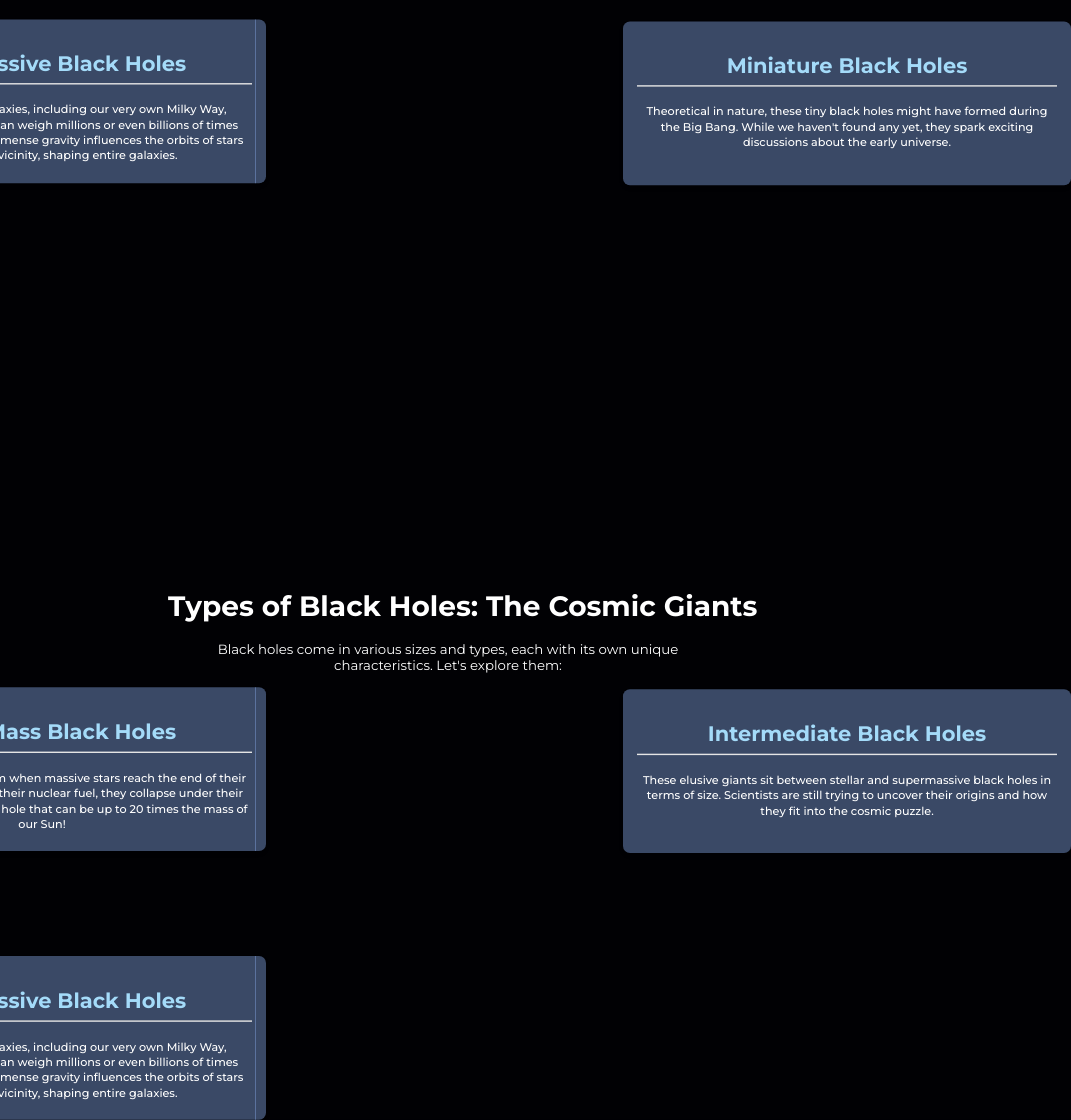
Repository: english-only/Space-Website
Page: black_hole.html
The author's editor kept a copy of each file at every save. The page is drawn from the files as they stood at one save, then again after the next save.
The browser window is 1280 px wide. The page is 1530 px wide, so the pictures cover 1530 px, including what lies to the right of the window. The pictures show the part of the page from y = 1524 to 3124 px (the page is 3124 px tall before and 2740 px after), at 70% of full size.
Backgrounds fixed to the window are drawn as part of the page.

Above is the page before, as saved 2025-04-14 13:46:21.

After the next save:
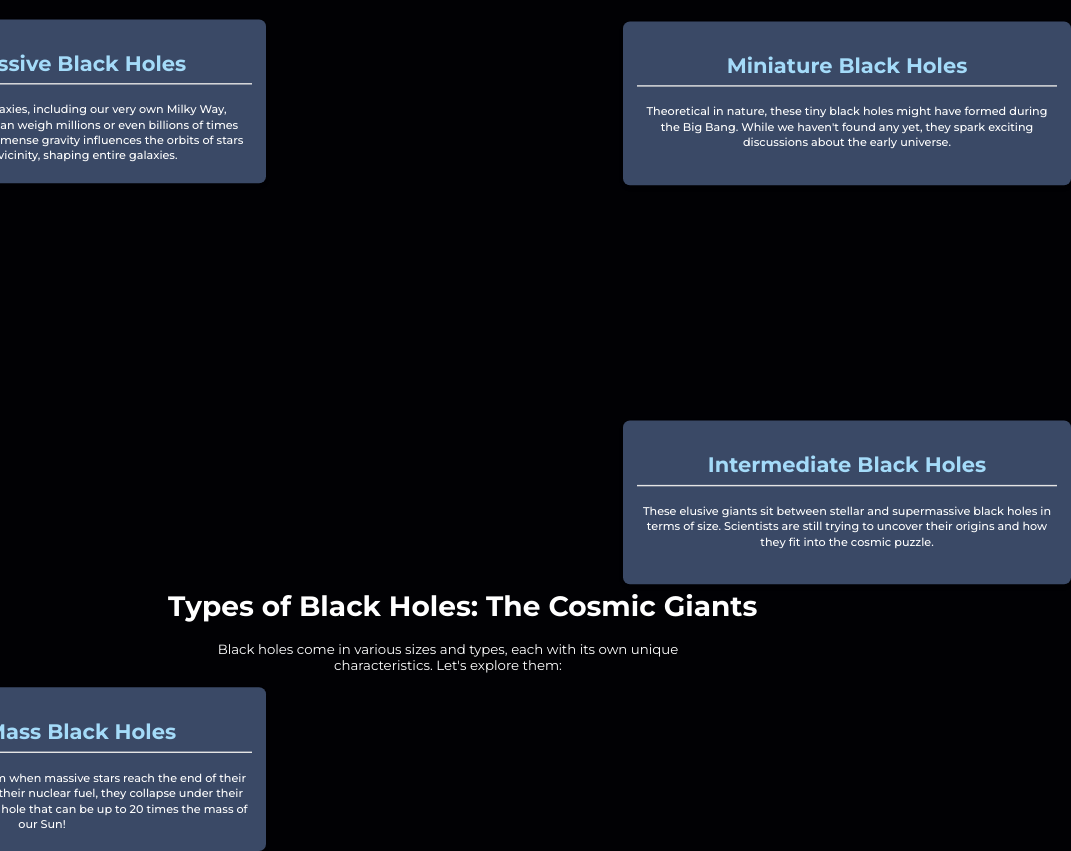
Saved 24 s later.
--- a/black_hole.html
+++ b/black_hole.html
@@ -102,18 +102,6 @@
             </p>
           </div>
         </div>
-        <div class="black-hole-type">
-          <h2>Supermassive Black Holes</h2>
-          <div class="content">
-            <p>
-              Found at the heart of galaxies, including our very own Milky Way,
-              supermassive black holes can weigh millions or even billions of
-              times more than the Sun. Their immense gravity influences the
-              orbits of stars and gas in their vicinity, shaping entire
-              galaxies.
-            </p>
-          </div>
-        </div>
         <div class="black-hole-type u-idiot intermediate">
           <h2>Intermediate Black Holes</h2>
           <div class="content">

After the save that followed:
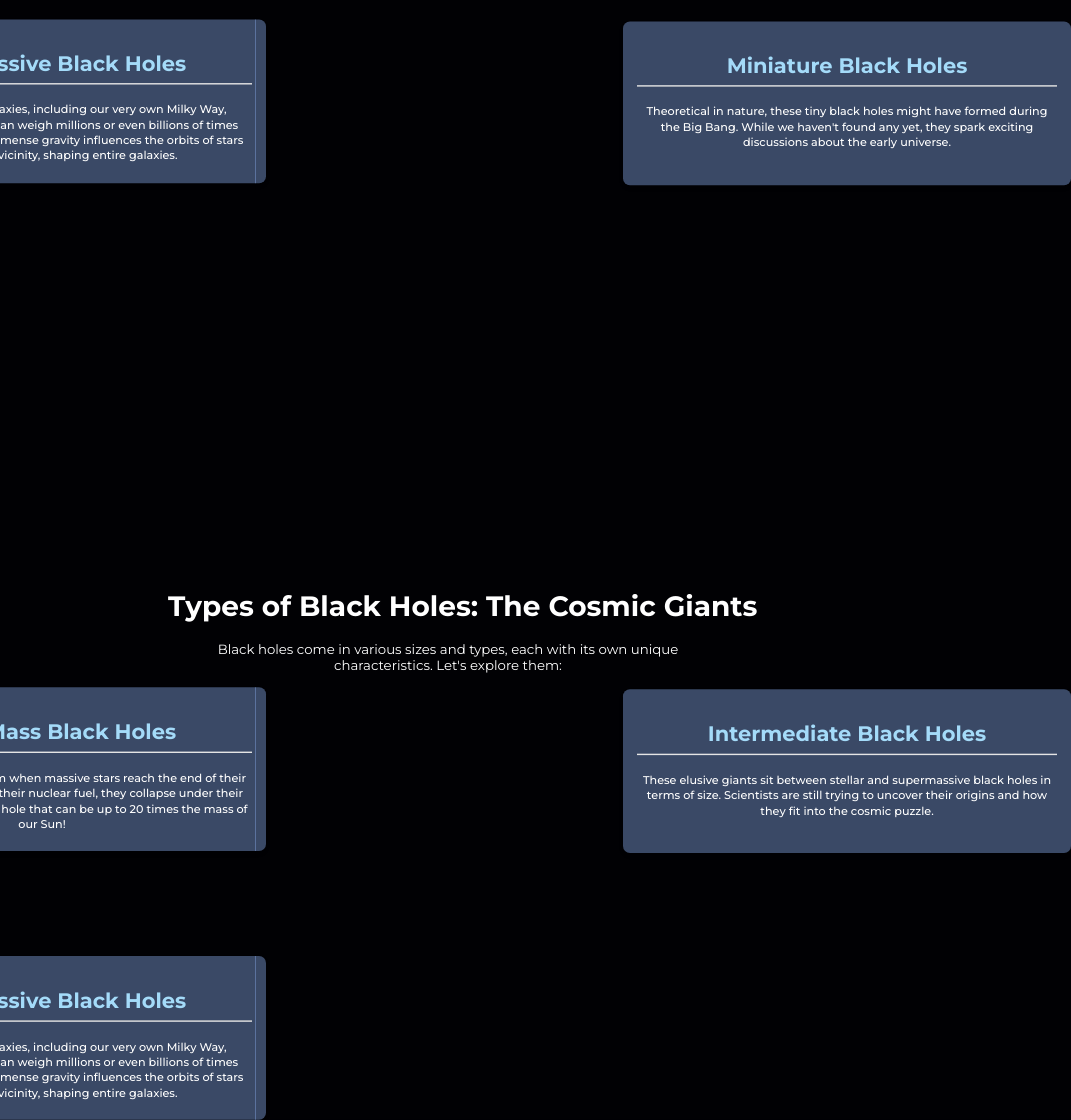
Saved 5 s later.
--- a/black_hole.html
+++ b/black_hole.html
@@ -102,6 +102,18 @@
             </p>
           </div>
         </div>
+        <div class="black-hole-type">
+          <h2>Supermassive Black Holes</h2>
+          <div class="content">
+            <p>
+              Found at the heart of galaxies, including our very own Milky Way,
+              supermassive black holes can weigh millions or even billions of
+              times more than the Sun. Their immense gravity influences the
+              orbits of stars and gas in their vicinity, shaping entire
+              galaxies.
+            </p>
+          </div>
+        </div>
         <div class="black-hole-type u-idiot intermediate">
           <h2>Intermediate Black Holes</h2>
           <div class="content">
